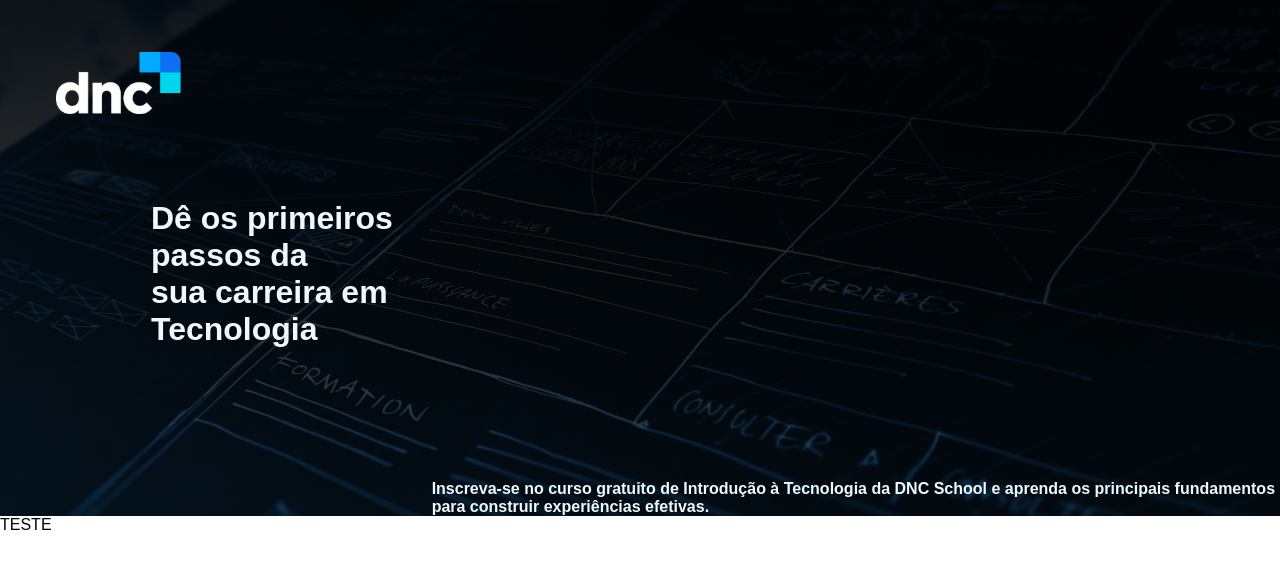
Repository: kleber-goncalves/Landing-Page-dnc
Page: src/index.html
An editor plug-in stored every save of this project. The page is shown before and after the next save, followed by the edit.
The browser window is 1280 px wide. The pictures show the whole page.

Above is the page before, as saved 2024-12-09 19:46:33.

After the next save:
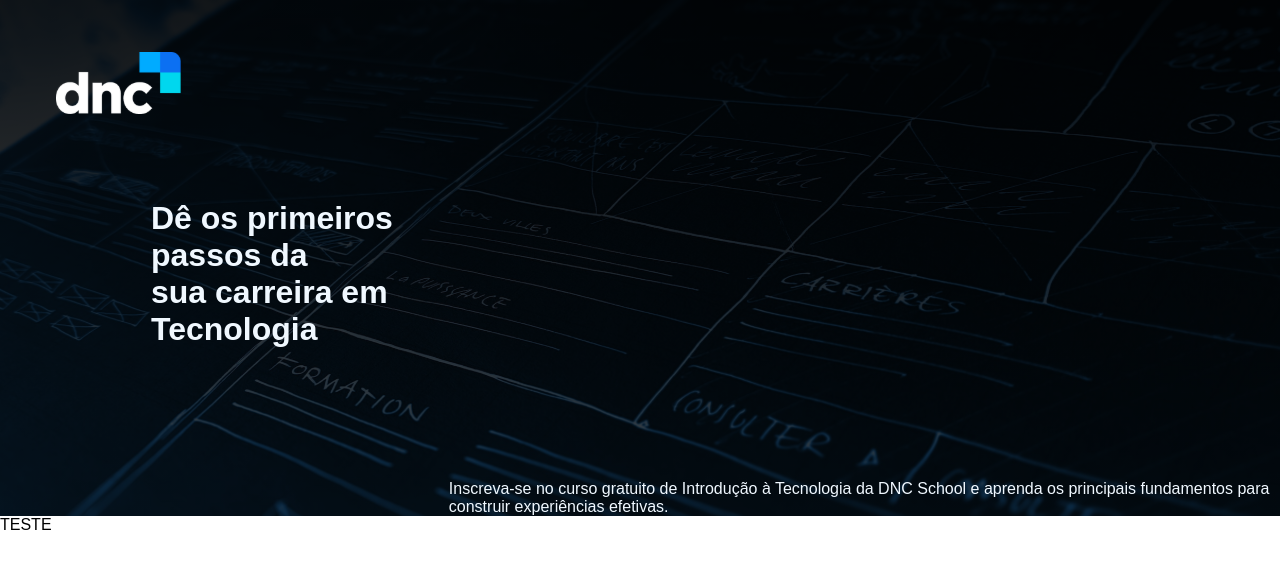
Saved 51 s later.
--- a/src/index.html
+++ b/src/index.html
@@ -11,7 +11,7 @@
         <img id="logo-dnc" src="../img/logo.svg" alt="logo-dnc">
         <h1 id="titulo" >Dê os primeiros passos da <br>
             sua carreira em Tecnologia</h1>
-        <h4 id="subtitulo" >Inscreva-se no curso gratuito de Introdução à Tecnologia da DNC School e aprenda os principais fundamentos para construir experiências efetivas.</h4>
+        <p id="subtitulo" >Inscreva-se no curso gratuito de Introdução à Tecnologia da DNC School e aprenda os principais fundamentos para construir experiências efetivas.</p>
     </div>
     <div>TESTE</div>
   </body>
